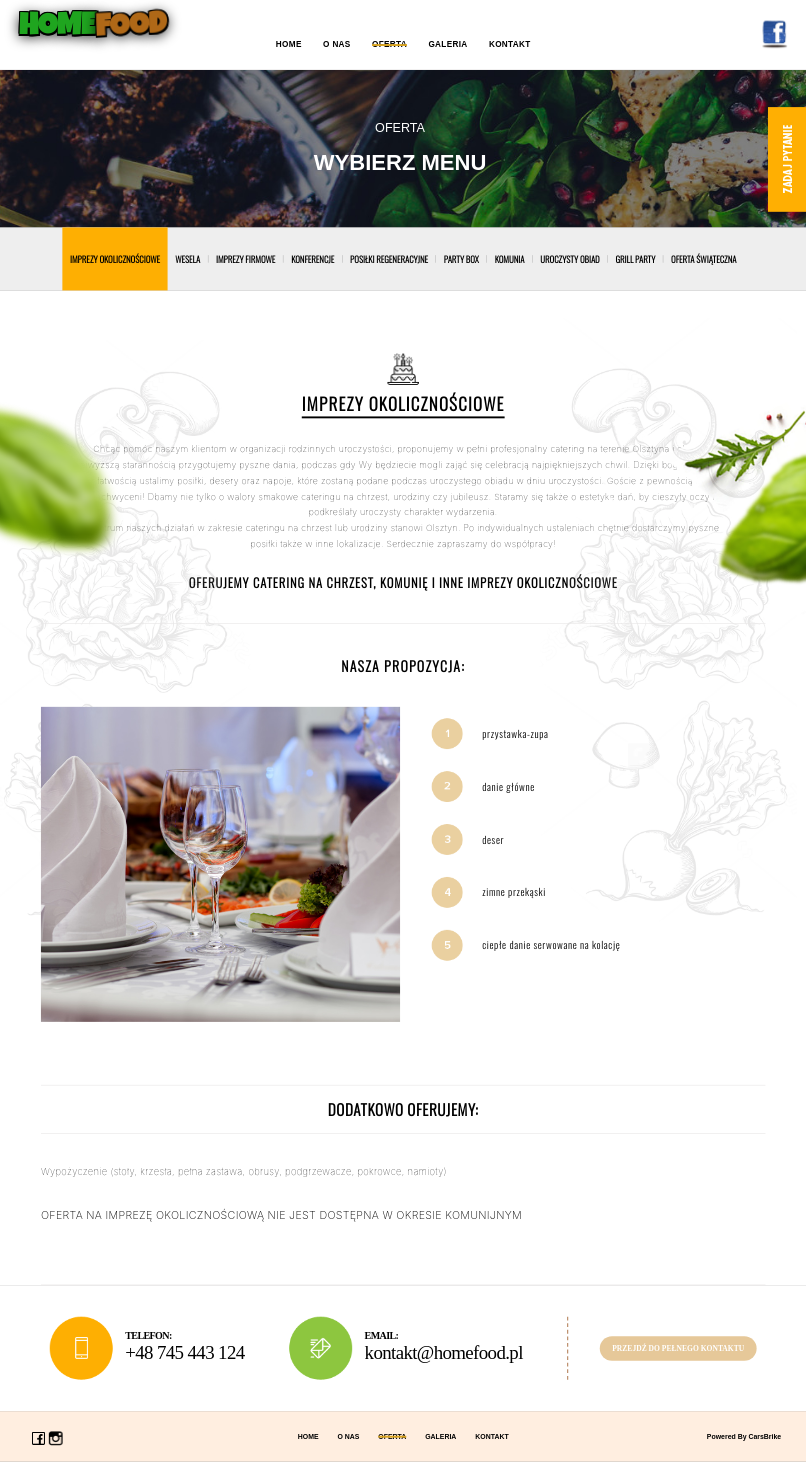
Repository: carsbrike/Homefood
Page: oferta/oferta-1.html
These files come from the project's save history. The page is drawn as it stood at one moment and after the next save; the edit follows.
The browser window is 1280 px wide. The pictures show the whole page, at 63% of full size.
Some web fonts or font styles are not loaded; a fallback is used.

Above is the page before, as saved 2024-05-24 16:30:57.

After the next save:
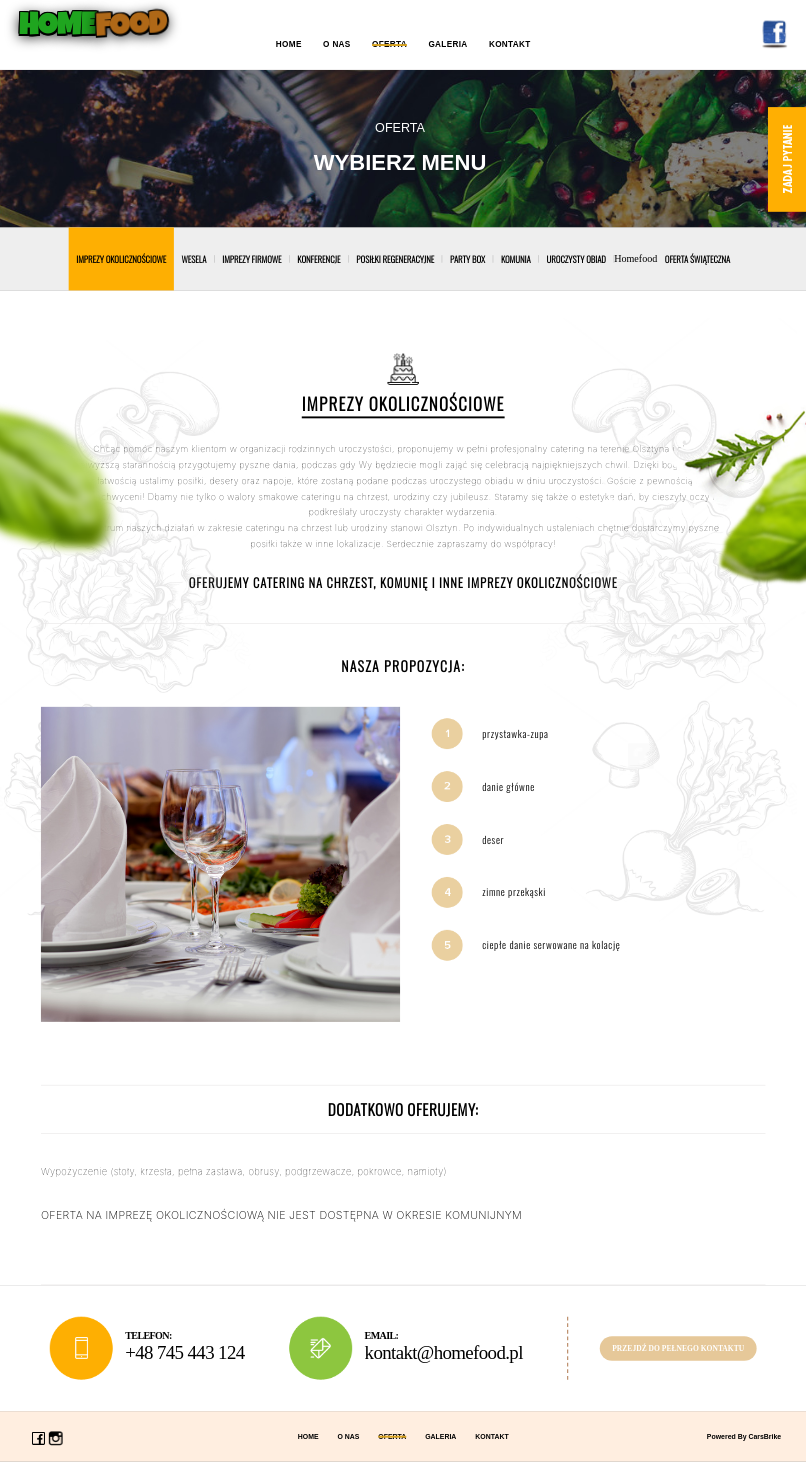
Saved 44 s later.
--- a/oferta/oferta-1.html
+++ b/oferta/oferta-1.html
@@ -46,16 +46,15 @@
 
     <section class="picker">
       <ul>
-        <li style="background-color: #feaf02;"><a href="/proj4catering/oferta/oferta-1.html">IMPREZY OKOLICZNOŚCIOWE</a></li>
-        <li><a href="/proj4catering/oferta/wesele.html">WESELA</a><img src="/proj4catering/imgmain/hr-oferta.png" alt=""></li>
-        <li><a href="/proj4catering/oferta/imprezy.html">IMPREZY FIRMOWE</a><img src="/proj4catering/imgmain/hr-oferta.png" alt=""></li>
-        <li><a href="/proj4catering/oferta/konf.html">KONFERENCJE</a><img src="/proj4catering/imgmain/hr-oferta.png" alt=""></li>
-        <li><a href="/proj4catering/oferta/regen.html">POSIŁKI REGENERACYJNE</a><img src="/proj4catering/imgmain/hr-oferta.png" alt=""></li>
-        <li><a href="/proj4catering/oferta/party.html">PARTY BOX</a><img src="/proj4catering/imgmain/hr-oferta.png" alt=""></li>
+        <li style="background-color: #feaf02;"><a href="/Homefood/oferta/oferta-1.html">IMPREZY OKOLICZNOŚCIOWE</a></li>
+        <li><a href="/Homefood/oferta/wesele.html">WESELA</a><img src="/Homefood/imgmain/hr-oferta.png" alt=""></li>
+        <li><a href="/Homefood/oferta/imprezy.html">IMPREZY FIRMOWE</a><img src="/Homefood/imgmain/hr-oferta.png" alt=""></li>
+        <li><a href="/Homefood/oferta/konf.html">KONFERENCJE</a><img src="/Homefood/imgmain/hr-oferta.png" alt=""></li>
+        <li><a href="/Homefood/oferta/regen.html">POSIŁKI REGENERACYJNE</a><img src="/Homefood/imgmain/hr-oferta.png" alt=""></li>
+        <li><a href="/proj4catering/oferta/party.html">PARTY BOX</a><img src="/Homefood/imgmain/hr-oferta.png" alt=""></li>
         <li><a href="/proj4catering/oferta/komunia.html">KOMUNIA</a><img src="/proj4catering/imgmain/hr-oferta.png" alt=""></li>
-        <li><a href="/proj4catering/oferta/obiad.html">UROCZYSTY OBIAD</a><img src="/proj4catering/imgmain/hr-oferta.png" alt=""></li>
-        <li><a href="/proj4catering/oferta/grill.html">GRILL PARTY</a><img src="/proj4catering/imgmain/hr-oferta.png" alt=""></li>
-        <li><a href="/proj4catering/oferta/ofertas.html">OFERTA ŚWIĄTECZNA</a></li>
+        <li><a href="/Homefood/oferta/obiad.html">UROCZYSTY OBIAD</a><img src="/Homefood/imgmain/hr-oferta.png" alt=""></li>
+        Homefood        <li><a href="/Homefood/oferta/ofertas.html">OFERTA ŚWIĄTECZNA</a></li>
       </ul>
     </section>
 
